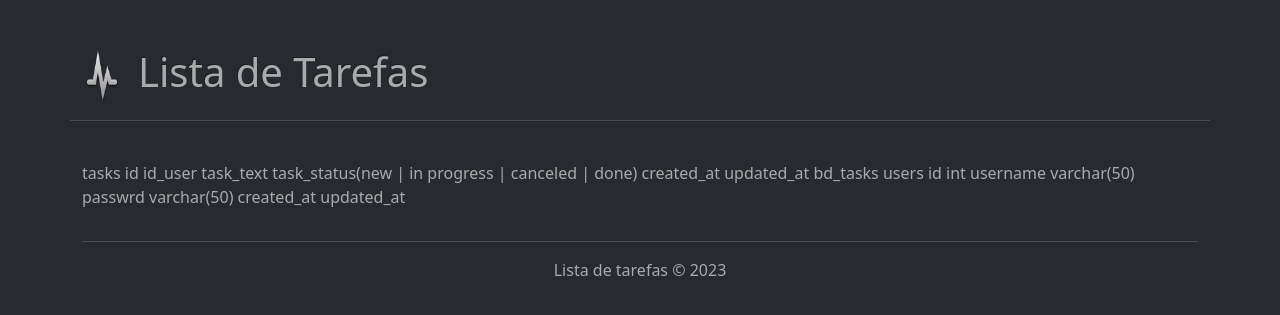
Repository: cargugati/lista_tarefas
Page: frontEnd/new_task.html
These files come from the project's save history. The page is drawn as it stood at one moment and after the next save; the edit follows.
The browser window is 1280 px wide. The pictures show the whole page.

Above is the page before, as saved 2023-03-30 10:23:56.

### frontEnd/new_task.html
<!DOCTYPE html>
<html lang="pt-br">

<head>
  <meta charset="UTF-8">
  <meta http-equiv="X-UA-Compatible" content="IE=edge">
  <meta name="viewport" content="width=device-width, initial-scale=1.0">
  <title>Lista de Tarefas</title>
  <link rel="stylesheet" href="./assets/css/bootstrap.min.css">
  <link rel="stylesheet" href="./assets/fontawesome/css/all.min.css">
  <link rel="shortcut icon" href="./assets/images/favicon.png" type="image/png">
</head>

<body>
  <div class="container my-5">

    <!-- cabeçalho -->
    <div class="row mb-4">
      <div class="col">
        <div class="d-flex justify-content-start">
          <img src="./assets/images/favicon.png" alt="Logo" class="img-fluid me-3" width="40px">
          <h1>Lista de Tarefas</h1>
        </div>

      </div>

      <hr class="my-3">
    </div>

    <!-- espaço para criar nova tarefa -->
    tasks
    id
    id_user
    task_text
    task_status(new | in progress | canceled | done)
    created_at
    updated_at

    bd_tasks
    users
    id int
    username varchar(50)
    passwrd varchar(50)
    created_at
    updated_at







    <!-- footer -->
    <div class="row mt-3">
      <div class="col text-center">
        <hr>
        <p>Lista de tarefas &copy; 2023</p>
      </div>
    </div>


  </div>

  <script src="./assets/js/bootstrap.bundle.min.js"></script>
</body>

</html>

Loaded but not shown: frontEnd/assets/css/bootstrap.min.css (library); frontEnd/assets/fontawesome/css/all.min.css (library); frontEnd/assets/js/bootstrap.bundle.min.js (library)

After the next save:
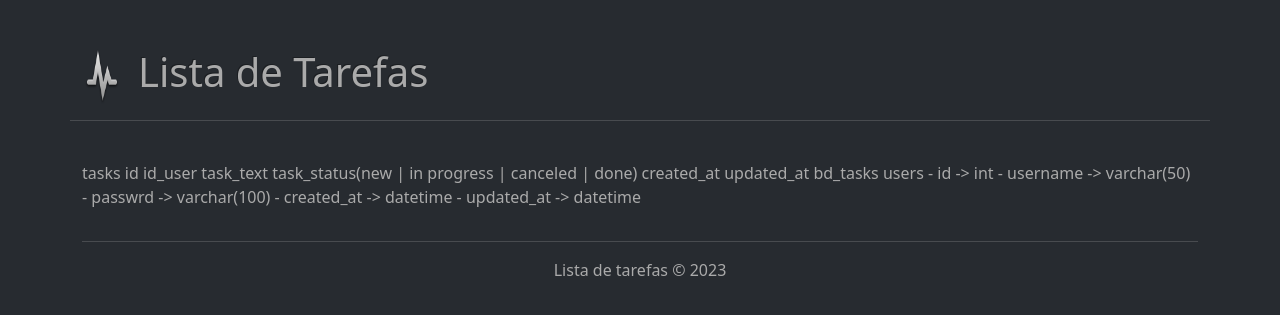
Saved 46 s later.
--- a/frontEnd/new_task.html
+++ b/frontEnd/new_task.html
@@ -38,11 +38,11 @@
 
     bd_tasks
     users
-    id int
-    username varchar(50)
-    passwrd varchar(50)
-    created_at
-    updated_at
+    - id -> int
+    - username -> varchar(50)
+    - passwrd -> varchar(100)
+    - created_at -> datetime
+    - updated_at -> datetime
 
 
 
